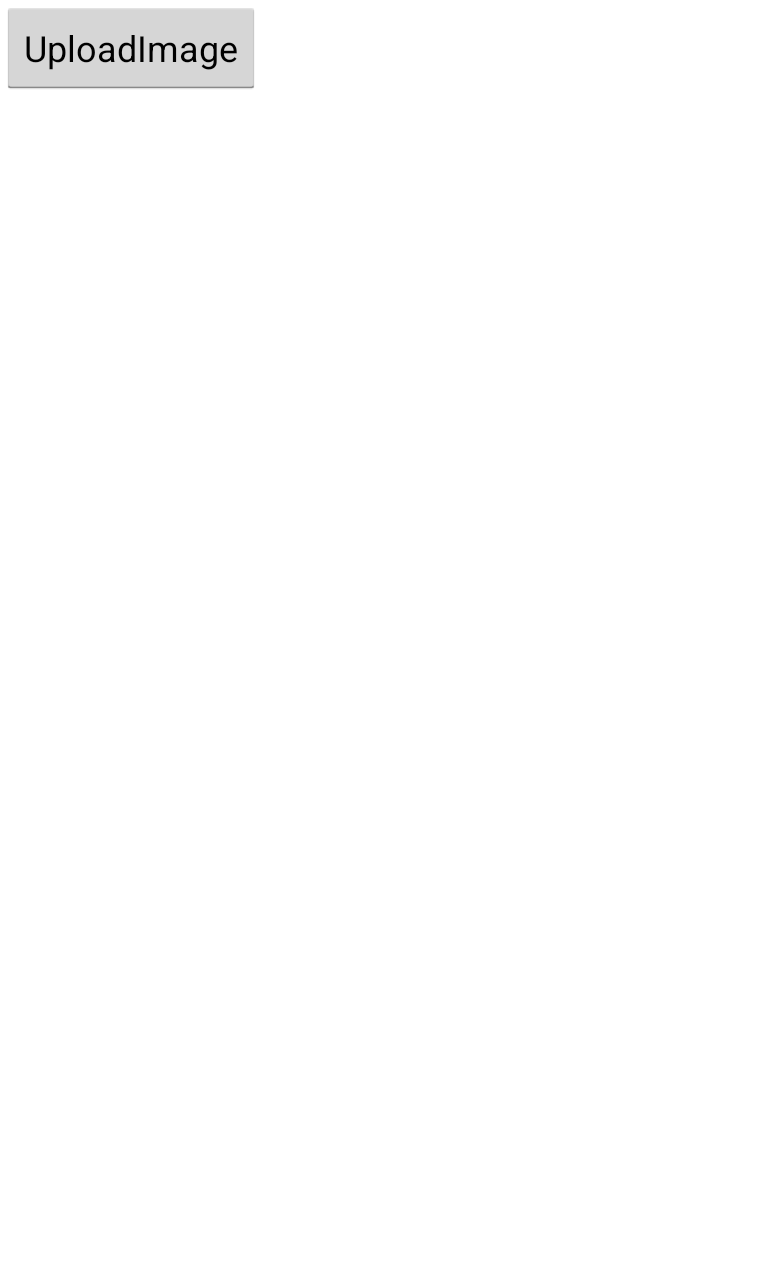
Repository: HSUmod/nanumi
Layout: Nanumi/ImageSendTest/res/layout/activity_main.xml
These files come from the project's save history. The layout is drawn as it stood at one moment and after the next save; the edit follows.
It is drawn on a 768 x 1280 px phone screen (xhdpi) without system bars, with theme AppTheme; the app's code is not run.

Above is the layout before, as saved 2015-11-17 07:00:39.

### Nanumi/ImageSendTest/res/layout/activity_main.xml
<LinearLayout xmlns:android="http://schemas.android.com/apk/res/android"
    xmlns:tools="http://schemas.android.com/tools"
    android:layout_width="match_parent"
    android:layout_height="match_parent"
    android:orientation="vertical"
    tools:context="com.example.imagesendtest.MainActivity" >

    <ImageView
        android:id="@+id/imageToUpload"
        android:layout_width="wrap_content"
        android:layout_height="wrap_content" />

    <ImageView
        android:id="@+id/downloadedImage"
        android:layout_width="wrap_content"
        android:layout_height="wrap_content" />

    <Button
        android:id="@+id/bUploadImage"
        android:layout_width="wrap_content"
        android:layout_height="wrap_content"
        android:text="UploadImage"/>

    <Button


        ></Button>

    <EditText
        android:id="@+id/uploadImageName"
        />
    <EditText
        android:id="@+id/downloadImageName"
        />



</LinearLayout>

Loaded but not shown: Nanumi/ImageSendTest/res/values/styles.xml (common file); Nanumi/ImageSendTest/res/values-v11/styles.xml (common file); Nanumi/ImageSendTest/res/values-v14/styles.xml (common file)

After the next save:
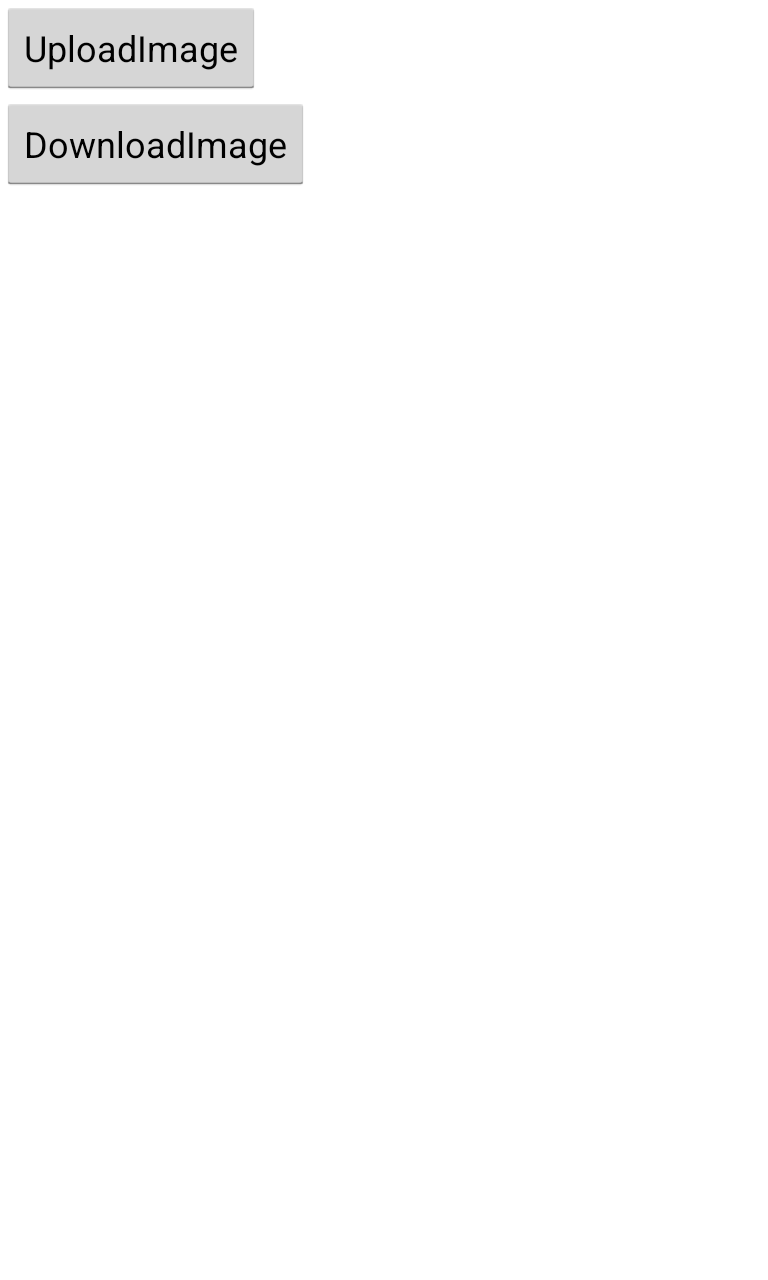
Saved 25 s later.
--- a/Nanumi/ImageSendTest/res/layout/activity_main.xml
+++ b/Nanumi/ImageSendTest/res/layout/activity_main.xml
@@ -19,20 +19,20 @@
         android:id="@+id/bUploadImage"
         android:layout_width="wrap_content"
         android:layout_height="wrap_content"
-        android:text="UploadImage"/>
+        android:text="UploadImage" />
 
     <Button
+        android:id="@+id/bDownloadImage"
+        android:layout_width="wrap_content"
+        android:layout_height="wrap_content"
+        android:text="DownloadImage" />
+        >
 
+    <Button>
+    </Button>
 
-        ></Button>
+    <EditText android:id="@+id/uploadImageName" />
 
-    <EditText
-        android:id="@+id/uploadImageName"
-        />
-    <EditText
-        android:id="@+id/downloadImageName"
-        />
-
-
+    <EditText android:id="@+id/downloadImageName" />
 
 </LinearLayout>
